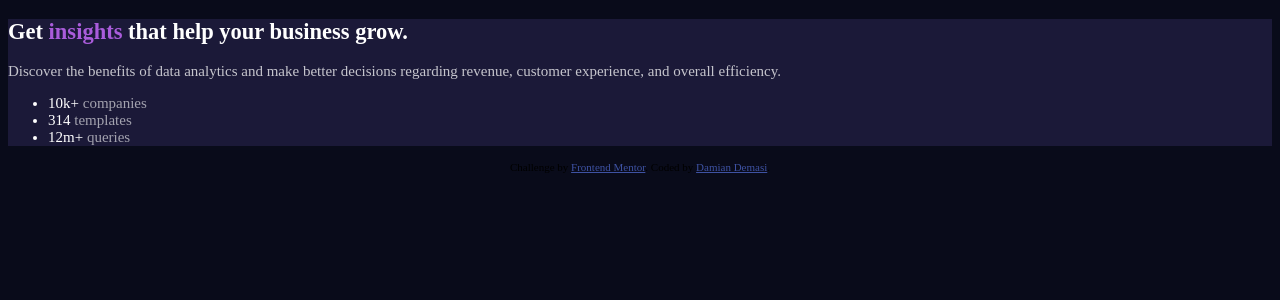
Repository: Colo-Codes/stats-preview-card-component-main
Page: index.html
These files come from the project's save history. The page is drawn as it stood at one moment and after the next save; the edit follows.
The browser window is 1280 px wide. The pictures show the whole page.

Above is the page before, as saved 2021-05-10 08:50:02.

### index.html
<!DOCTYPE html>
<html lang="en">

<head>
  <meta charset="UTF-8">
  <meta name="viewport" content="width=device-width, initial-scale=1.0">
  <!-- displays site properly based on user's device -->

  <link rel="icon" type="image/png" sizes="32x32" href="./images/favicon-32x32.png">
  <link rel="preconnect" href="https://fonts.gstatic.com">
  <link href="https://fonts.googleapis.com/css2?family=Inter:wght@400;700&family=Lexend+Deca&display=swap" rel="stylesheet">
  <title>Frontend Mentor | Stats preview card component</title>
  <!--
  font-family: 'Inter', sans-serif;
  font-family: 'Lexend Deca', sans-serif;
  -->

  <!-- Feel free to remove these styles or customise in your own stylesheet 👍 -->
  <style>
    :root {
      --white-font: hsl(0, 0%, 100%);
      --white-font-transparent-main: hsla(0, 0%, 100%, 0.75);
      --white-font-transparent-stat: hsla(0, 0%, 100%, 0.6);
      --blue-background: hsl(233, 47%, 7%);
      --blue-desaturated: hsl(244, 38%, 16%);
      --violet-soft: hsl(277, 64%, 61%);
    }
    body {
      font-size: 15px;
      background-color: var(--blue-background, hsl(233, 47%, 7%));
    }
    article {
      color: var(--white-font, hsl(0, 0%, 100%));
      background-color: var(--blue-desaturated, hsl(244, 38%, 16%));
    }
    article p {
      color: var(--white-font-transparent-main, hsla(0, 0%, 100%, 0.75));
    }
    ul li span {
      color: var(--white-font-transparent-stat, hsla(0, 0%, 100%, 0.6));
    }
    em {
      font-style: normal;
      color: var(--violet-soft, hsl(277, 64%, 61%));
    }
    .attribution {
      font-size: 11px;
      text-align: center;
    }
    .attribution a {
      color: hsl(228, 45%, 44%);
    }
  </style>
</head>

<body>
  <article>
    <header>
      <h1>Get <em>insights</em> that help your business grow.</h1>
    </header>
    <p>Discover the benefits of data analytics and make better decisions regarding revenue, customer experience, and
      overall efficiency.</p>
    <footer>
      <ul>
        <li>10k+ <span>companies</span></li>
        <li>314 <span>templates</span></li>
        <li>12m+ <span>queries</span></li>
      </ul>
    </footer>
  </article>

  <footer>
    <div class="attribution">
      Challenge by <a href="https://www.frontendmentor.io?ref=challenge" target="_blank">Frontend Mentor</a>.
      Coded by <a href="https://github.com/Darthcolo/stats-preview-card-component-main" target="_blank">Damian Demasi</a>.
    </div>
  </footer>
</body>

</html>

After the next save:
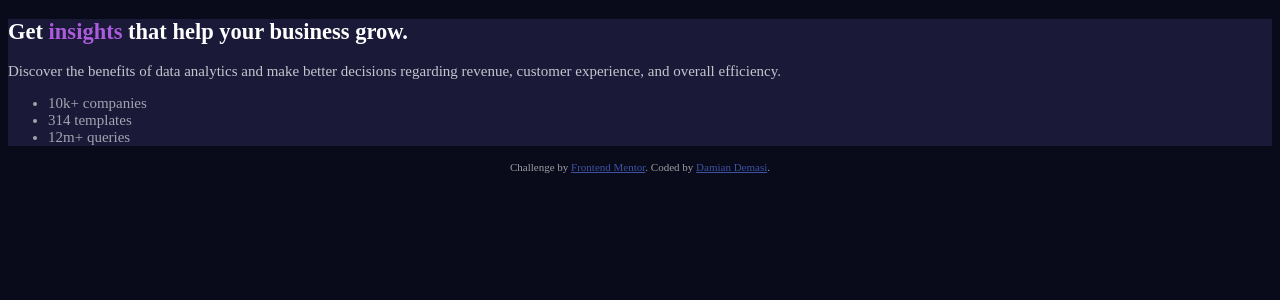
Saved 51 s later.
--- a/index.html
+++ b/index.html
@@ -50,6 +50,9 @@
     .attribution a {
       color: hsl(228, 45%, 44%);
     }
+    footer {
+      color: var(--white-font-transparent-stat, hsla(0, 0%, 100%, 0.6));
+    }
   </style>
 </head>
 
